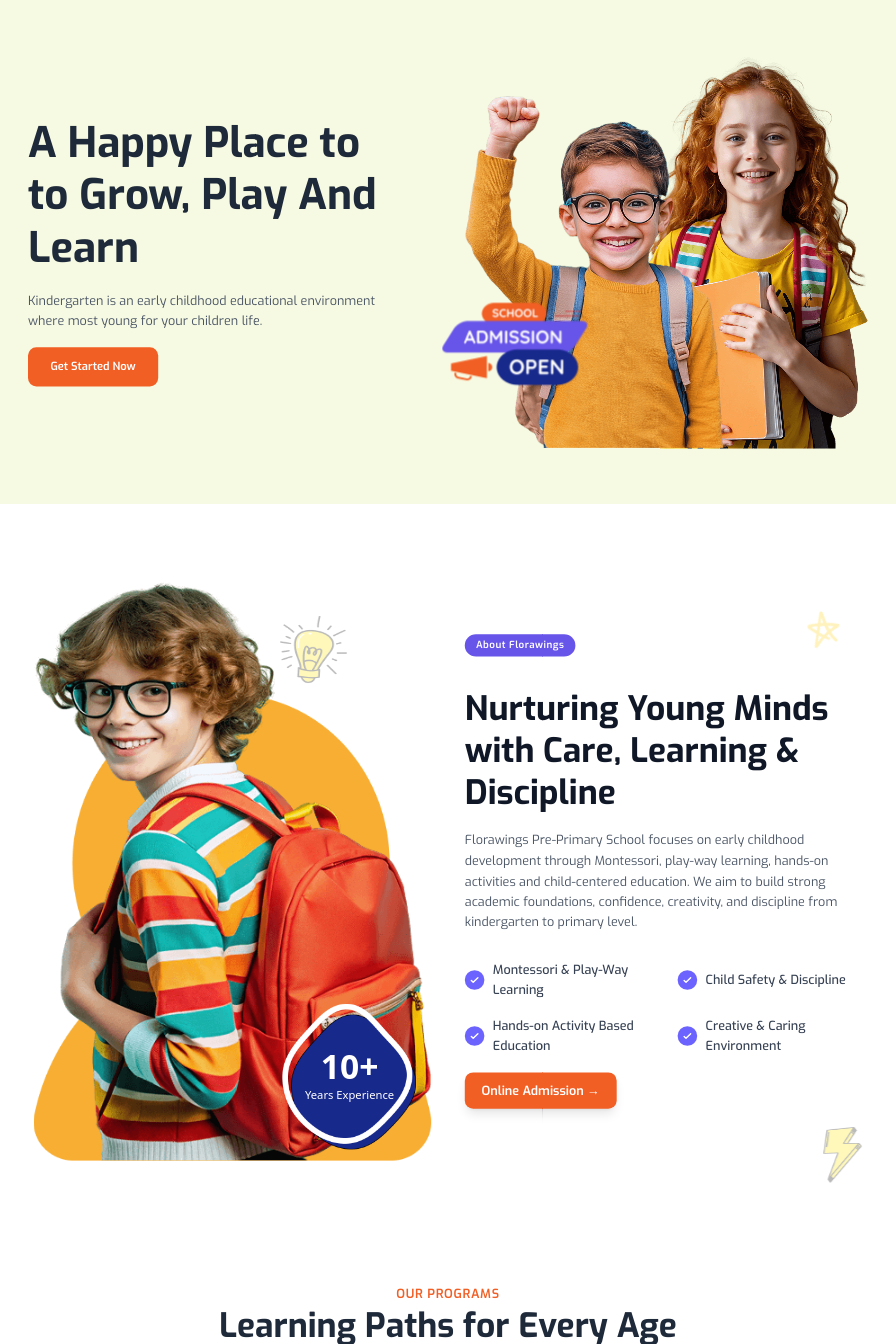
Repository: deepak445566/school
Page: / (app in okwork/)
The author's editor kept a copy of each file at every save. The page is drawn from the files as they stood at one save, then again after the next save.
The browser window is 1280 px wide. The pictures show the part of the page from y = 0 to 1920 px (the page is 5508 px tall before and 5588 px after), at 70% of full size.
Some web fonts or font styles are not loaded; a fallback is used. The project was rebuilt for these pictures with package versions that can differ from the ones it lists, and the page was loaded fresh each time. Some packages were replaced by stand-ins written for this rebuild. Also part of the build but not shown: okwork/vite.config.js.

Above is the page before, as saved 2026-02-19 08:10:44.

After the next save:
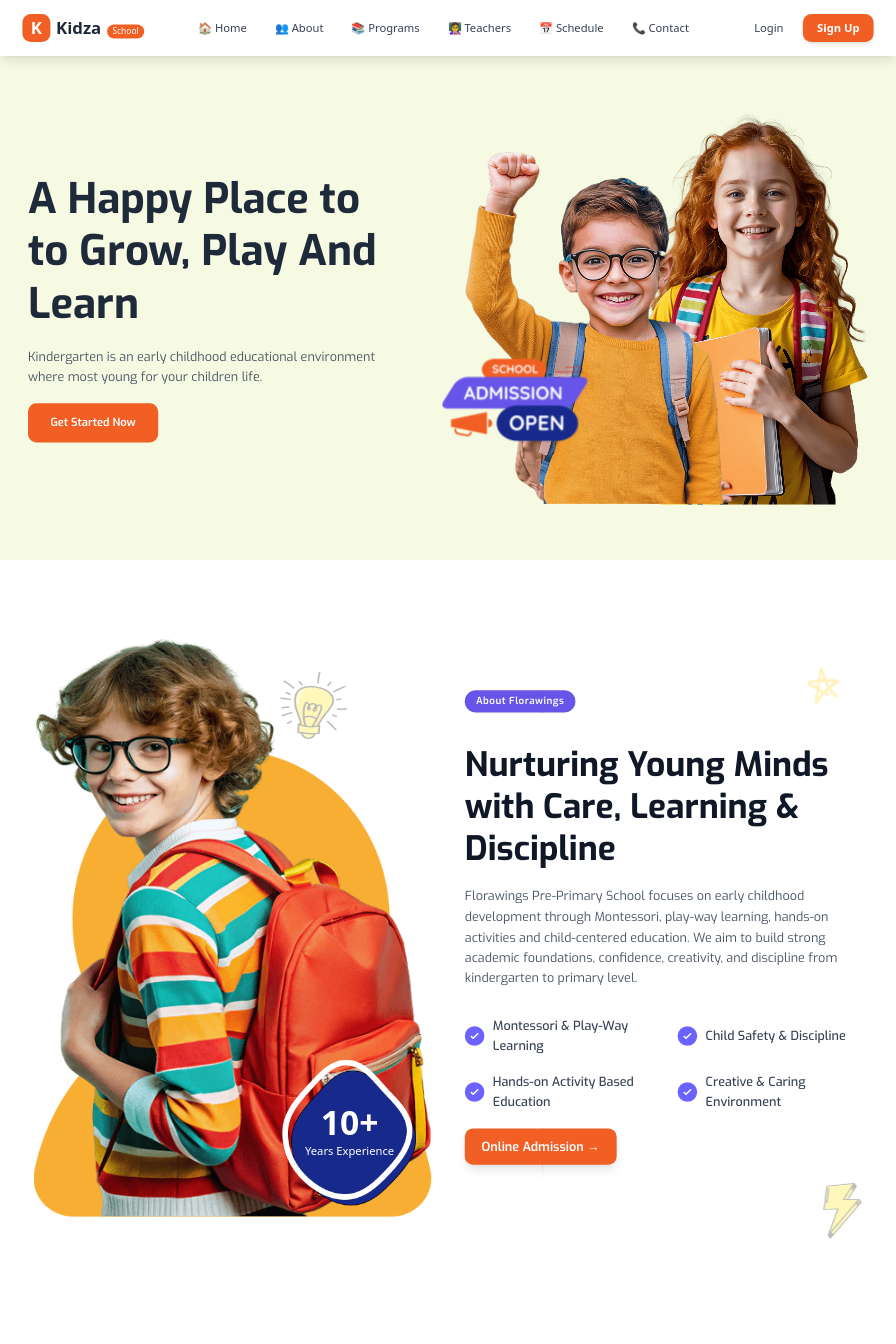
Saved 7 s later.
--- a/okwork/src/App.jsx
+++ b/okwork/src/App.jsx
@@ -7,10 +7,12 @@ import ScheduleSection from './components/ScheduleSection'
 import AboutUs from './components/About'
 import Footer from './components/Footer'
 import ProgramSection from './components/ProgramSection'
+import Navbar from './components/Navbar'
 
 function App() {
   return (
     <>
+    <Navbar/>
     <Home/>
    <AboutUs/>
    <ProgramSection/>
